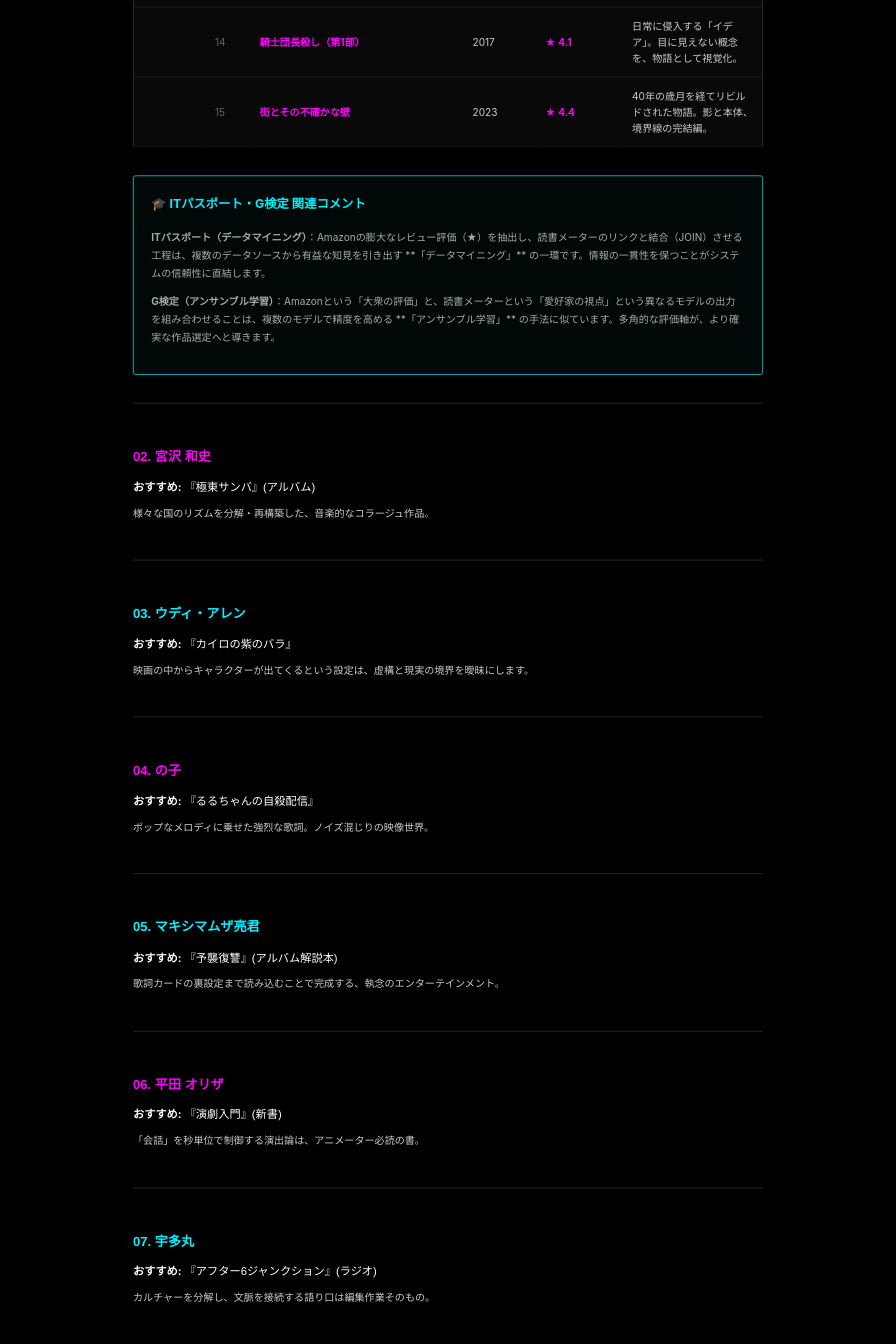
Repository: hamagoro/my-animation-site
Page: episodes/vol12-osusu.html
These files come from the project's save history. The page is drawn as it stood at one moment and after the next save; the edit follows.
The browser window is 1280 px wide. The pictures show the part of the page from y = 2352 to 4272 px (the page is 5079 px tall before and 4754 px after), at 70% of full size.

Above is the page before, as saved 2026-01-31 21:40:36.

After the next save:
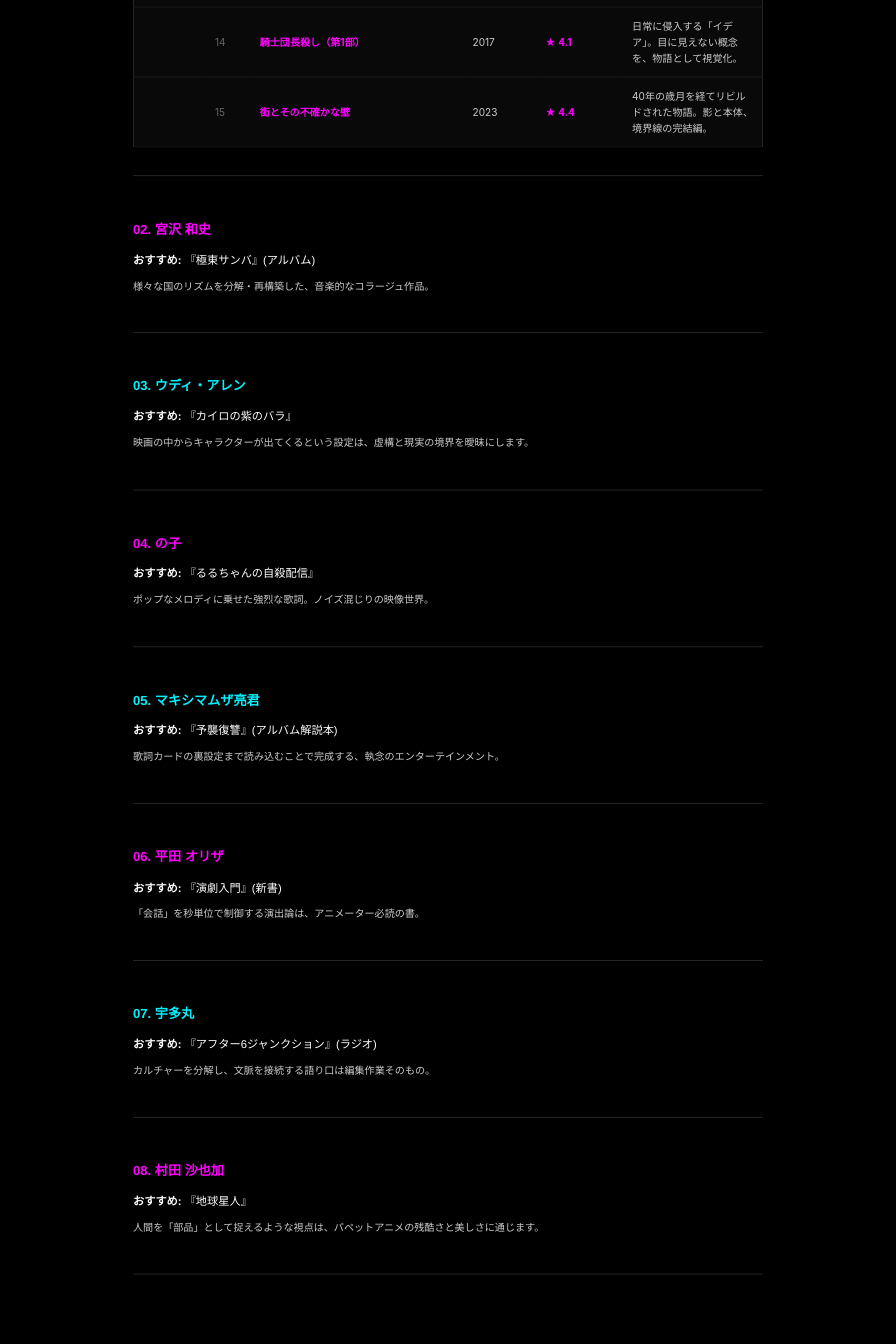
Saved 3 min 9 s later.
--- a/episodes/vol12-osusu.html
+++ b/episodes/vol12-osusu.html
@@ -195,14 +195,6 @@
                         </tbody>
                     </table>
                 </div>
-
-                <div style="margin-top: 40px; padding: 25px; border: 1px solid #00f2ff; background: rgba(0,242,255,0.03); border-radius: 4px;">
-                    <h4 style="color: #00f2ff; margin-top: 0; font-size: 1.1rem;">🎓 ITパスポート・G検定 関連コメント</h4>
-                    <div style="font-size: 0.9rem; line-height: 1.8; color: #aaa;">
-                        <p><strong>ITパスポート（データマイニング）</strong>：Amazonの膨大なレビュー評価（★）を抽出し、読書メーターのリンクと結合（JOIN）させる工程は、複数のデータソースから有益な知見を引き出す **「データマイニング」** の一環です。情報の一貫性を保つことがシステムの信頼性に直結します。</p>
-                        <p><strong>G検定（アンサンブル学習）</strong>：Amazonという「大衆の評価」と、読書メーターという「愛好家の視点」という異なるモデルの出力を組み合わせることは、複数のモデルで精度を高める **「アンサンブル学習」** の手法に似ています。多角的な評価軸が、より確実な作品選定へと導きます。</p>
-                    </div>
-                </div>
             </section>
         </section>
 
